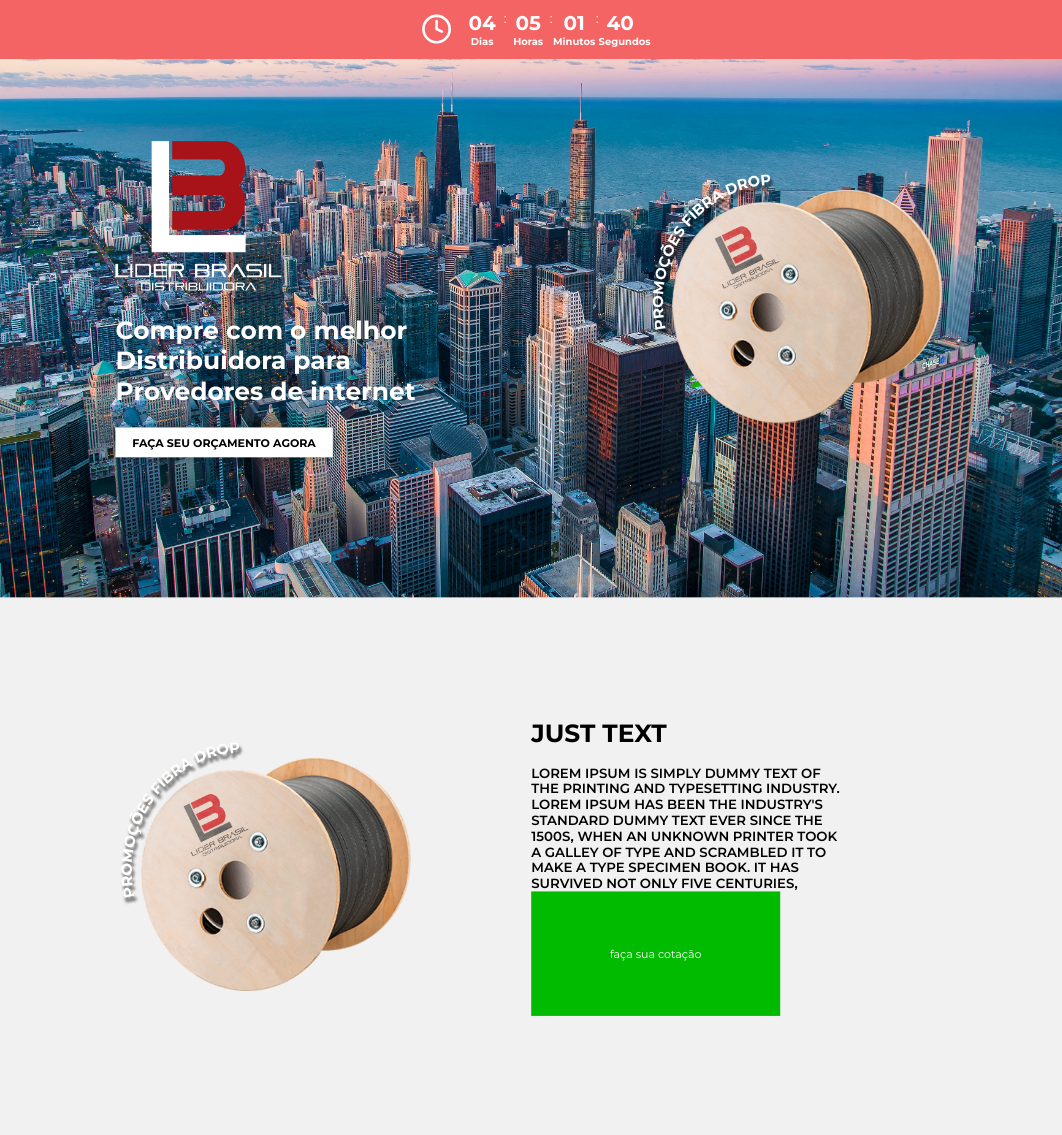
Repository: mateus-henrique-silva/landing_drop
Page: index.html
An editor plug-in stored every save of this project. The page is shown before and after the next save, followed by the edit.
The browser window is 1280 px wide. The pictures show the whole page, at 83% of full size.
Backgrounds fixed to the window are drawn as part of the page. Some web fonts or font styles are not loaded; a fallback is used.

Above is the page before, as saved 2022-08-26 13:11:33.

After the next save:
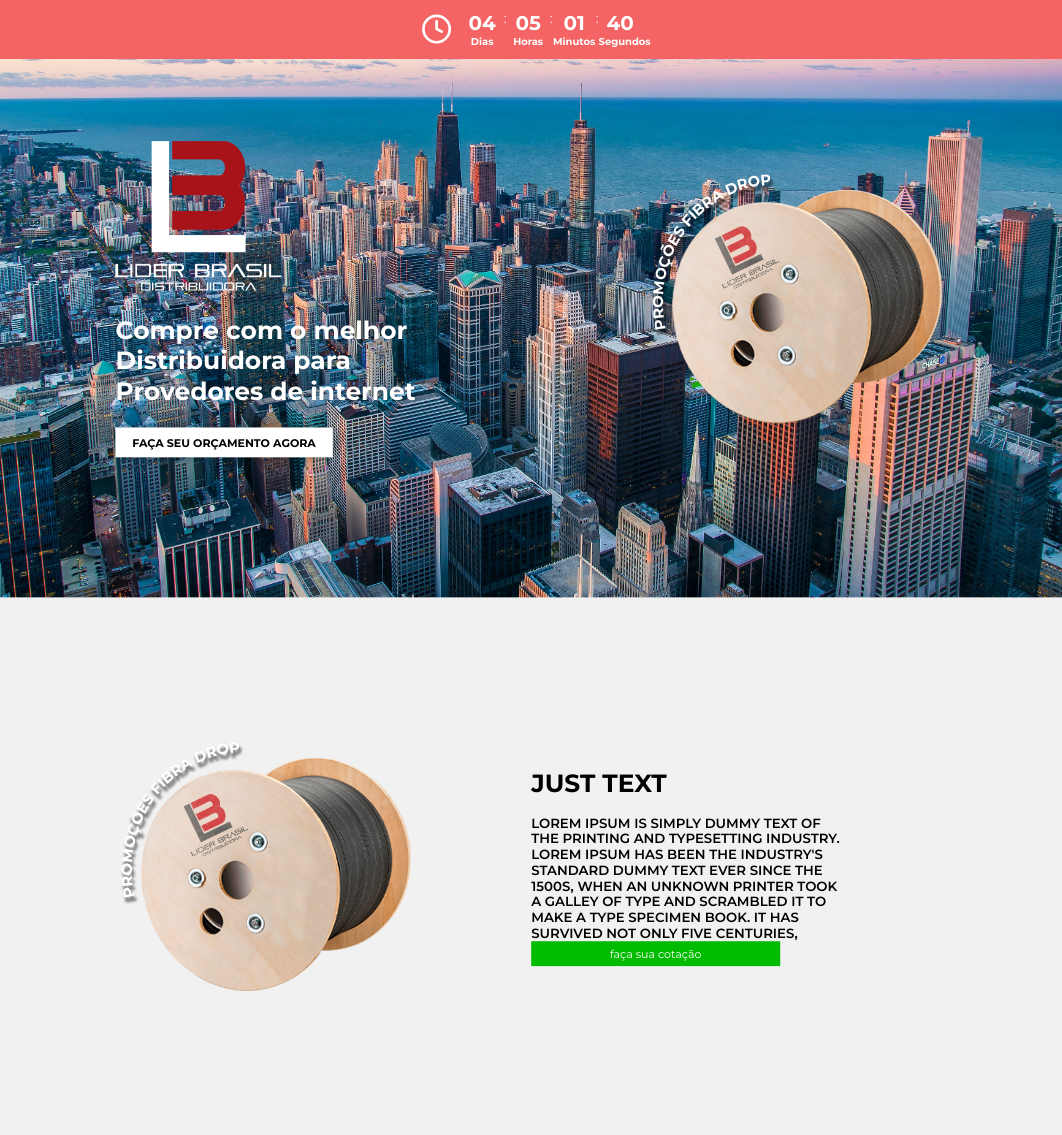
Saved 5 s later.
--- a/src/CSS/Main/cotação/cotacao.css
+++ b/src/CSS/Main/cotação/cotacao.css
@@ -42,7 +42,7 @@
     color: white;
     background-color: #01bb00;
    width: 300px;
-   height: 150px;
+   height: 30px;
 }
 @media(max-width: 836px){
     .just-text{
